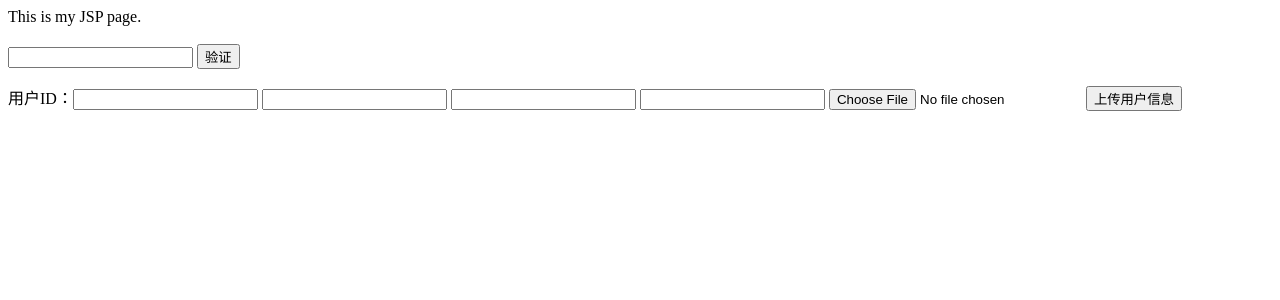
Repository: ruanhuabin/IntelliEyeShade
Page: http://localhost/IntelliEyeShade/users/users_verify.jsp
An editor plug-in stored every save of this project. The page is shown before and after the next save, followed by the edit.
The browser window is 1280 px wide. The pictures show the whole page.
The page is served by Tomcat 9. Nobody is signed in. The application's start-up code is not run. Other server files are loaded and not shown.

Above is the page before, as saved 2016-12-14 03:52:55.

### IntelliEyeShade/WebRoot/users/users_verify.jsp
<%@ page language="java" import="java.util.*" pageEncoding="utf-8"%>
<%
String path = request.getContextPath();
String basePath = request.getScheme()+"://"+request.getServerName()+":"+request.getServerPort()+path+"/";
%>

<!DOCTYPE HTML PUBLIC "-//W3C//DTD HTML 4.01 Transitional//EN">
<html>
  <head>
    <base href="<%=basePath%>">

    <title>My JSP 'upload.jsp' starting page</title>

	<meta http-equiv="pragma" content="no-cache">
	<meta http-equiv="cache-control" content="no-cache">
	<meta http-equiv="expires" content="0">
	<meta http-equiv="keywords" content="keyword1,keyword2,keyword3">
	<meta http-equiv="description" content="This is my page">
	<!--
	<link rel="stylesheet" type="text/css" href="styles.css">
	-->

  </head>

  <body>
    This is my JSP page. <br>
    <br>
  <form action="users/Users_verifyUser.action" method="post">
  <input type="text" name="phoneNum"/>
  <input type="submit" value="验证"/>
  </form>




  <form action="users/Users_uploadUserInfo.action" enctype="multipart/form-data" method="post">
  用户ID：<input type="text" name="UserID"/>
  <input type="text" name="UserName"/>
  <input type="text" name="UserAge"/>
  <input type="text" name="UserGender"/>
  <input type="file" name="yourFile"/>
  <input type="submit" value="上传用户信息"/>
  </form>


  </body>
</html>

After the next save:
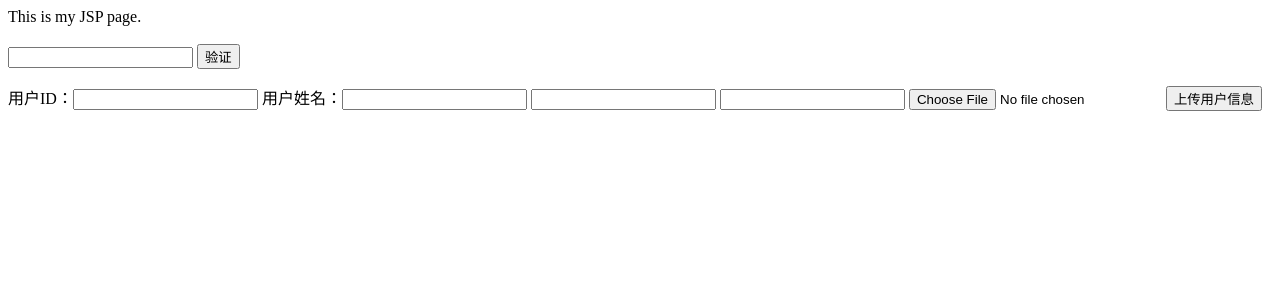
Saved 5 s later.
--- a/IntelliEyeShade/WebRoot/users/users_verify.jsp
+++ b/IntelliEyeShade/WebRoot/users/users_verify.jsp
@@ -35,7 +35,7 @@ String basePath = request.getScheme()+"://"+request.getServerName()+":"+request.
 
   <form action="users/Users_uploadUserInfo.action" enctype="multipart/form-data" method="post">
   用户ID：<input type="text" name="UserID"/>
-  <input type="text" name="UserName"/>
+  用户姓名：<input type="text" name="UserName"/>
   <input type="text" name="UserAge"/>
   <input type="text" name="UserGender"/>
   <input type="file" name="yourFile"/>
